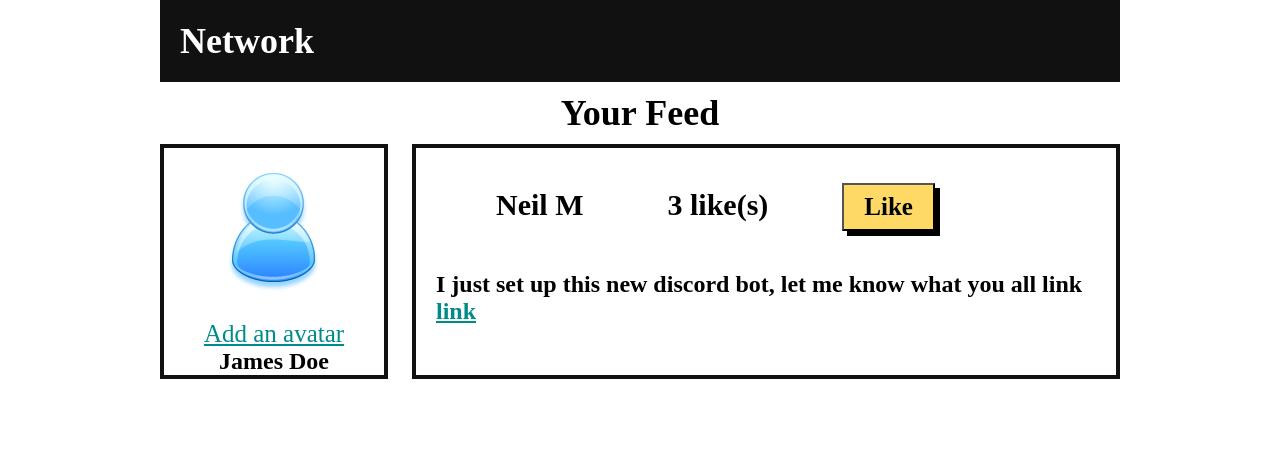
Repository: Blender20/liking_likes
Page: index.html
These files come from the project's save history. The page is drawn as it stood at one moment and after the next save; the edit follows.
The browser window is 1280 px wide. The pictures show the whole page.
Some web fonts or font styles are not loaded; a fallback is used.

Above is the page before, as saved 2022-03-30 11:07:44.

### index.html
<!DOCTYPE html>
<html lang="en">

<head>
  <meta charset="UTF-8">
  <meta http-equiv="X-UA-Compatible" content="IE=edge">
  <meta name="viewport" content="width=device-width, initial-scale=1.0">
  <link rel="stylesheet" href="style.css">
  <title>Document</title>
</head>

<body>
  <nav>
    <h1>Network</h1>
  </nav>
  <div class="feed">
    <h1>Your Feed</h1>
  </div>
  <div class="container flex">
    <div class="leftColumn">

      <div class="avatar">
        <img src="./user.png" alt="user icon">
      </div>
      <div class="addAvatar"><a href="#">Add an avatar</a>
      </div>
      <div class="userInput">
        <h2>James Doe</h2>
      </div>
    </div>

    <div class="right">
      <h3>Neil M</h3>
      <h3><span id="likeCount">3</span> like(s)</h3>
      <button onclick="addLike()" id="like">Like</button>

      <div class="text-box">
        <h2>I just set up this new discord bot, let me know what you all link <a href="#">link</a></h2>
      </div>
    </div>
  </div>
  <script src="script.js"></script>
</body>

</html>

### style.css
@import url('https://fonts.googleapis.com/css2?family=Balsamiq+Sans:ital,wght@0,400;0,700;1,700&display=swap');
  *{
  padding: 0;
  margin: 0;
  box-sizing: border-box;
  font-family: 'Balsamiq Sans', cursive;
}

.flex {
  display: flex;
  justify-content: space-between;
  align-self: center;
  gap:1.5em;
}
nav{
  min-height: 70px;
  background-color: #111;
  display: block;
  width: 75%;
  margin: 0 auto;

  color: #fff;
  font-family: "balsamiq Sans";
  padding: 10px
}
.container {
  margin: 0 auto;
  width: 75%

}

 .leftColumn{
  border: 4px solid #111;
  margin-top: 50px;
  flex:1;
  margin: 0 auto;

 }

.right {
  border: 4px solid #111;
  /* justify-content: space-between; */
 /* align-items: center; */
 flex:3;
 min-height: 200px;
 padding: 20px;
}


h1 {

  font-size: 36px;
  padding: 10px;
}
h2 {
  display:inline-block



}
h3 {
  font-size: 30px;
  display: inline;
  padding-left: 40px;
  margin:20px;
  text-align: end;

}
.feed {
  text-align: center;
  justify-content: center;
}
.text-box {
  margin-top: 40px;
}
a {
  color: darkcyan
}


#like {
  background-color: #FFD966;
  padding: 8px 20px;
  margin-top: 15px;
  margin-left: 50px;
  font-weight: 900;
  font-size: 25px;
  box-shadow: 5px 5px;

}
.avatar{
  margin-top: 20px;
  text-align: center;

}
.addAvatar{
  margin-top: 20px;
  text-align: center;
  font-size: 25px;

}
.userInput {
  text-align: center;
  margin-top:
}

### script.js
var likeCount = document.querySelector('#likeCount')
console.log(likeCount)
function addLike() {

  likeCount.innerText++;

}

After the next save:
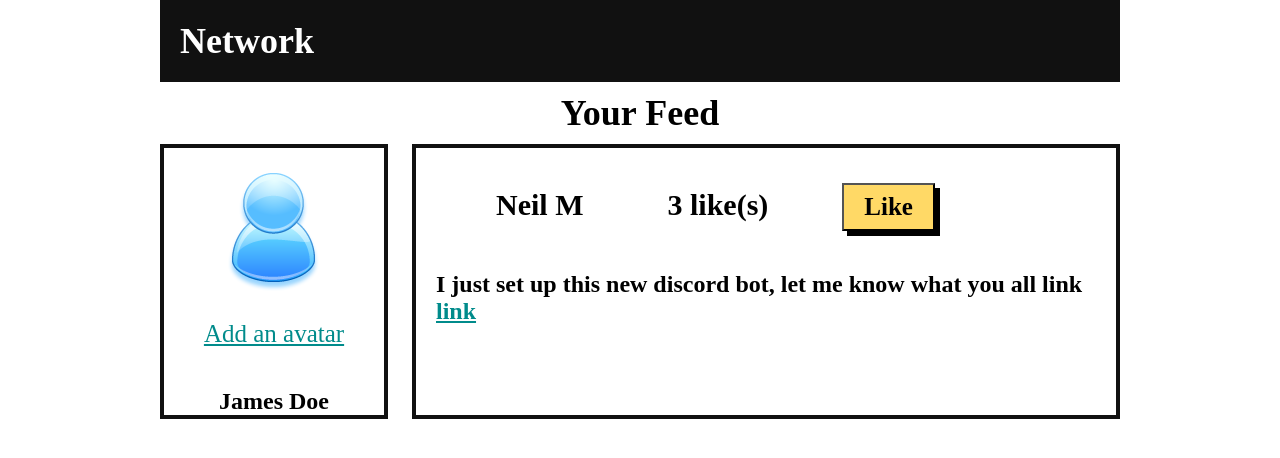
Saved 5 s later.
--- a/style.css
+++ b/style.css
@@ -101,5 +101,5 @@ a {
 }
 .userInput {
   text-align: center;
-  margin-top:
+  margin-top: 40px;
 }
